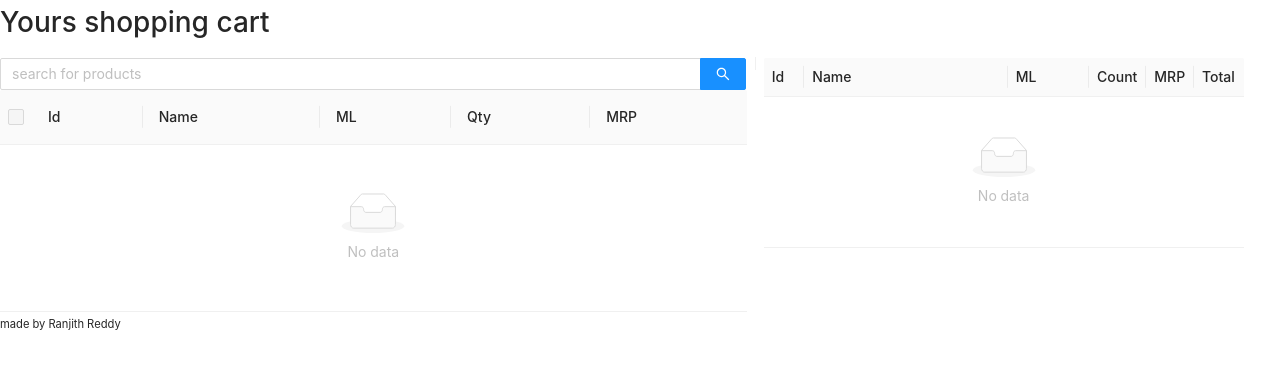
Repository: rxg8255/BillingApp
Page: /
These files come from the project's save history. The page is drawn as it stood at one moment and after the next save; the edit follows.
The browser window is 1280 px wide. The pictures show the whole page.
The page's requests for data from a server got no answer. The project was rebuilt for these pictures with package versions that can differ from the ones it lists, and the page was loaded fresh each time. No one was signed in, and anything a server would have sent is missing. Also part of the build but not shown: src/index.css.

Above is the page before, as saved 2022-01-03 16:36:30.

### src/index.js
import React from 'react';
import ReactDOM from 'react-dom';
import './index.css';
import 'antd/dist/antd.css'; // or 'antd/dist/antd.less'
import App from './App';
import { StoreProvider } from './Store';

  ReactDOM.render(
    <StoreProvider>
    <App />
  </StoreProvider>,
    document.getElementById("root")
  );

### src/App.js
import React from 'react';
import Products from './components/Products';
import Cart from './components/Cart';
import { Row, Col, Divider } from 'antd';
// import { Store } from './Store';

const App = () => {
    // const { state } = React.useContext(Store);
    // console.log(state);
    return (
        <div className="container">
            <Row>
                <Col span={24}>
                    <h1>Yours shopping cart</h1>
                </Col>
            </Row>
            <Row>
                <Col span={14}><Products/></Col>
                <Divider type="vertical" />
                {/* <Col span={1}></Col> */}
                <Col span={9}><Cart/></Col>
            </Row>
            <footer>
                <small>
                    made by Ranjith Reddy
                </small>
            </footer>
        </div>
    );
}

export default App;

### src/Store.js
import React, { createContext, useReducer } from 'react';

export const Store = createContext();

const initialState = {
    selectedData: [],
};

function reducer(state, action) {
    const currentState = {...state};
    switch (action.type) {
        // case 'UPDATE_DATA':
        //     console.log(action.payload);
        //     currentState.selectedData.mrp =
        // return { ...state, item: action.payload };
        case 'ADD_DATA':
            console.log('Added data test');
            action.payload.map((item) => item['key'] = Number(item['mrp_price']));
            console.log(action.payload);
            currentState.selectedData = action.payload;
            //debugger;
            // console.log(action.payload);
        return currentState;
        case 'REMOVE_DATA':
        return {
            ...state,
            data: action.payload
        };
        default:
        return state;
    }
}

export function StoreProvider(props) {
  const [state, dispatch] = useReducer(reducer, initialState);
  const value = { state, dispatch };
  return <Store.Provider value={value}>{props.children}</Store.Provider>;
}

### src/components/Products.js
import React, { Component } from 'react';
import { Input } from 'antd';
import ProductsList from './ProductsList';

const { Search } = Input;

class Products extends Component {
    constructor(props) {
        super(props);
        this.state = {
            productslist: {},
            searchValue: ''
        };
        this.handleChange = this.handleChange.bind(this);
    }

    handleChange(event){
        this.setState({searchValue: event.target.value});
    }

    render() {
        return (
            <div>
                <Search value={this.state.searchValue} placeholder="search for products" enterButton onChange={this.handleChange}/>
                <ProductsList searchValue = {this.state.searchValue}/>
            </div>
        );
    }
}

export default Products;

### src/components/Cart.js
import React, { useContext, useEffect, useState } from 'react';
import { Store } from '../Store';
import { Table } from 'antd';

const columns = [
    {
        title: 'Id',
        dataIndex: 'key',
        width: 40,
        fixed: 'left'
      },
    {
      title: 'Name',
      dataIndex: 'name',
      width: 200,
        fixed: 'left'
    },
    {
      title: 'ML',
      dataIndex: 'quantity',
      width: 80,
      fixed: 'left'
    },
    {
        title: 'Count',
        dataIndex: 'count',
        width: 40,
        fixed: 'left'
    },
    {
      title: 'MRP',
      dataIndex: 'mrp_price',
      width: 40,
      fixed: 'left'
    },
    {
      title: 'Total',
      dataIndex: 'total_price',
      width: 40,
      fixed: 'left'
    },
  ];

export default function Cart() {
  const [selectedData, setSelectedData] = useState();
  const { state } = useContext(Store);

  useEffect(() => {
    setSelectedData(state.selectedData);
  }, [state.selectedData]);

  return (
    <Table columns={columns} dataSource={selectedData} size="small" />
  );
}

### src/components/ProductsList.js
import React, { Component } from 'react';
import { Table, InputNumber  } from 'antd';
import axios from 'axios';
import { Store } from '../Store';

const columns = [
    {
        title: 'Id',
        dataIndex: 'key',
      },
    {
      title: 'Name',
      dataIndex: 'name',
    },
    {
      title: 'ML',
      dataIndex: 'quantity',
    },
    {
      title: 'Qty',
      dataIndex: 'available',
    },
    {
      title: 'MRP',
      dataIndex: 'mrp_price',
    },
  ];

class ProductsList extends Component {
  static contextType = Store;

    constructor(props) {
        super(props);
        this.state = {
            masterData: [],
            data: [],
            searchValue: this.props.searchValue,
            selectedData: [],
            prevSelectedData: [],
            changeData: [],
            changeKey: "",
          };
    }

    componentDidUpdate(){
      let currentComponent = this;
      currentComponent.state.selectedData.forEach(item => {
        if(item.key === currentComponent.state.changeKey){
          item.total_price = currentComponent.state.changeData;
        }
        console.log(currentComponent.state.selectedData);
        if(currentComponent.state.prevSelectedData !== currentComponent.state.selectedData){
          this.setState({prevSelectedData:currentComponent.state.selectedData})
          const dispatch = this.context.dispatch;
          dispatch({type:'ADD_DATA', payload: currentComponent.state.changeData});
        }
      });
      const resp = currentComponent.state.masterData;
      const temp = resp.filter(item => item.name.startsWith(currentComponent.props.searchValue))
      if (currentComponent.state.searchValue !== currentComponent.props.searchValue) {
        this.setState({searchValue:currentComponent.props.searchValue})
        this.setState({data: temp})
    }
    }

    componentDidMount() {
        let currentComponent = this;
        const url = 'http://127.0.0.1:8000/api';
         axios.get(`${url}/inventory/`)
         .then(function (response) {
          //  debugger;
            const resp = response.data;
            // resp.map((item) => item['key'] = item.id);
            currentComponent.setState({data: resp});
            currentComponent.setState({masterData: resp});
          })
          .catch(function (error) {
            console.log(error);
          })
          .then(function () {
          });
        }

    render() {

    //   const onChange = (e) => {
    //     console.log('clicked')
    //     // console.log('changed', value);
    // }

      const rowSelection = {
        onChange: async (selectedRowKeys, selectedRows) => {
          await selectedRows.map((item) => item['total_price'] = Number(item['mrp_price']));
          await selectedRows.map((item) => item['count'] = <InputNumber name='name' min={1} max={item.available} defaultValue={1} onChange= {(e) => {
                                                  this.setState({changeData: e * item.mrp_price});this.setState({changeKey:item.key})}} />);
          await this.setState({selectedData:selectedRows})
          const dispatch = this.context.dispatch;
          dispatch({type:'ADD_DATA', payload: this.state.selectedData})
          // console.log(this.state.selectedData)
          // console.log(`selectedRowKeys: ${selectedRowKeys}`, 'selectedRows: ', selectedRows);
        },
      };

        return (
            <div>
                <Table rowSelection={rowSelection} columns={columns} dataSource={this.state.data} />
            </div>
        );
    }
}

export default ProductsList;

Loaded but not shown: public/index.html (common file)

After the next save:
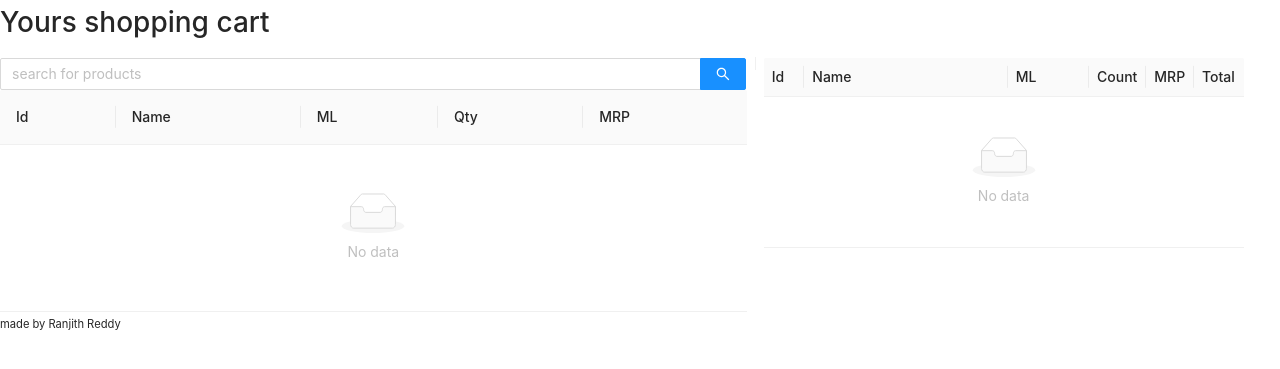
Saved 23 min 55 s later.
--- a/src/components/ProductsList.js
+++ b/src/components/ProductsList.js
@@ -103,7 +103,7 @@
 
         return (
             <div>
-                <Table rowSelection={rowSelection} columns={columns} dataSource={this.state.data} />
+                <Table columns={columns} dataSource={this.state.data} />
             </div>
         );
     }

After the save that followed:
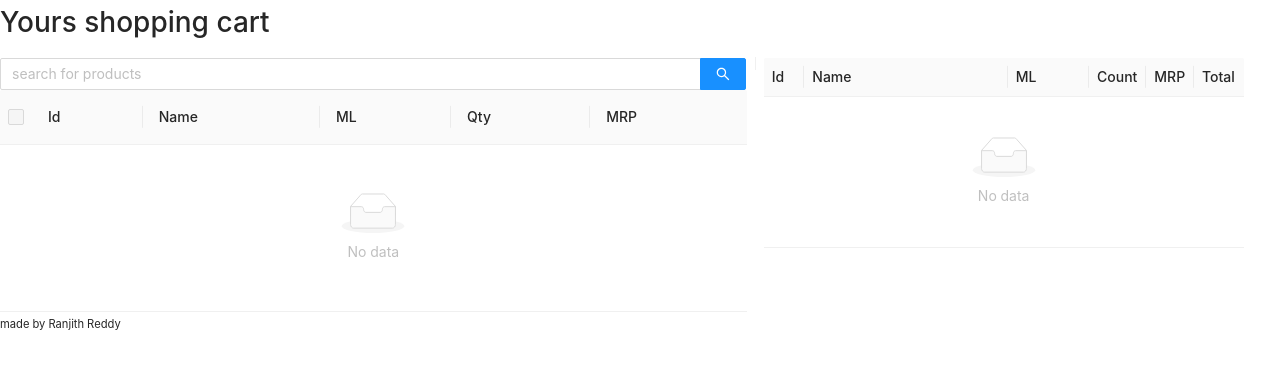
Saved 7 s later.
--- a/src/components/ProductsList.js
+++ b/src/components/ProductsList.js
@@ -103,7 +103,7 @@
 
         return (
             <div>
-                <Table columns={columns} dataSource={this.state.data} />
+                <Table rowSelection={rowSelection} columns={columns} dataSource={this.state.data} />
             </div>
         );
     }
